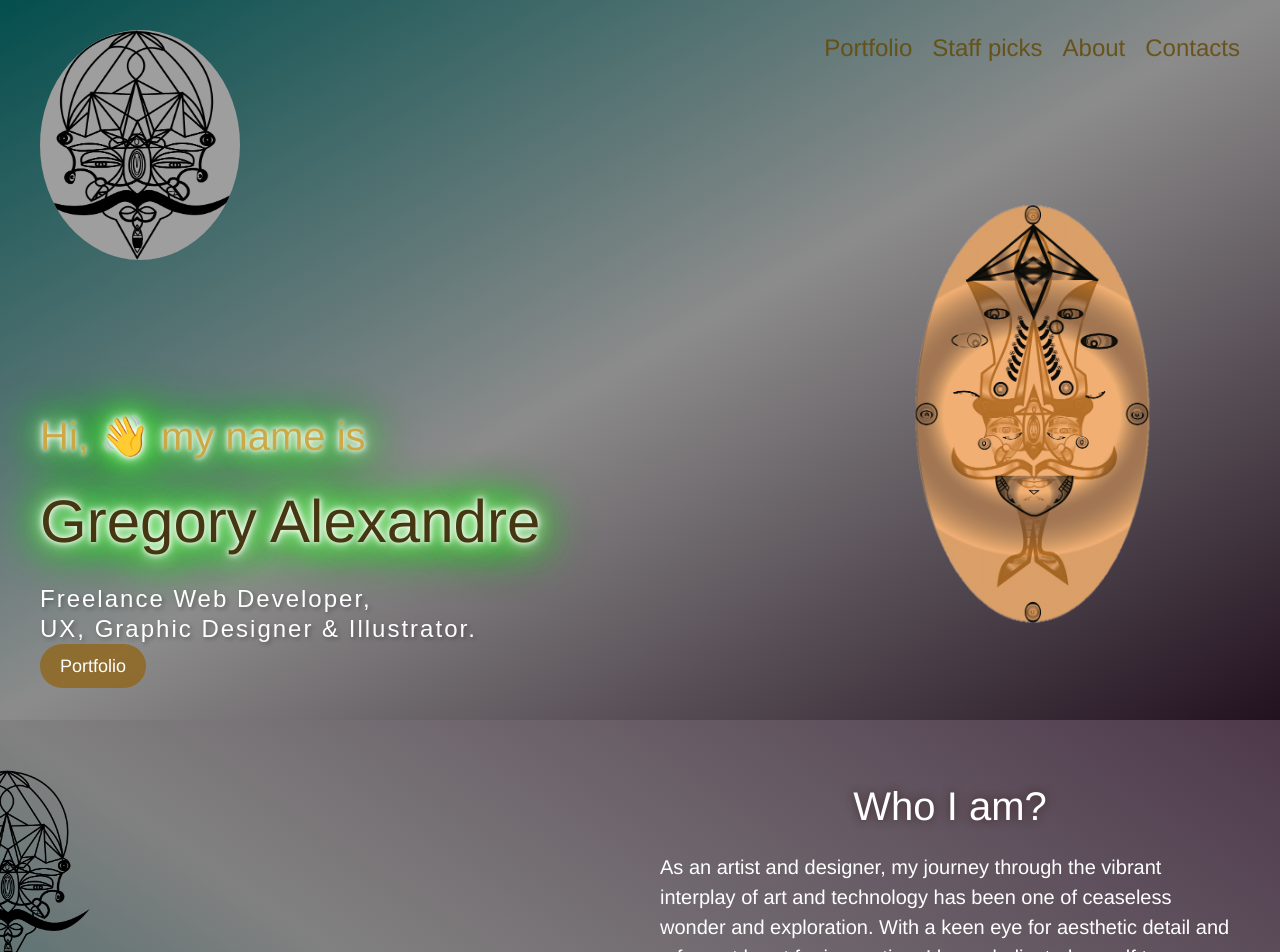
Repository: al-XLeMEsTRE/al-XLeMEsTRE
Page: index.html
The author's editor kept a copy of each file at every save. The page is drawn from the files as they stood at one save, then again after the next save.
The browser window is 1280 px wide. The pictures show the part of the page from y = 0 to 952 px (the page is 3252 px tall).
Pictures or frames that could not be fetched are drawn as grey boxes.

Above is the page before, as saved 2023-11-23 19:57:44.

After the next save:
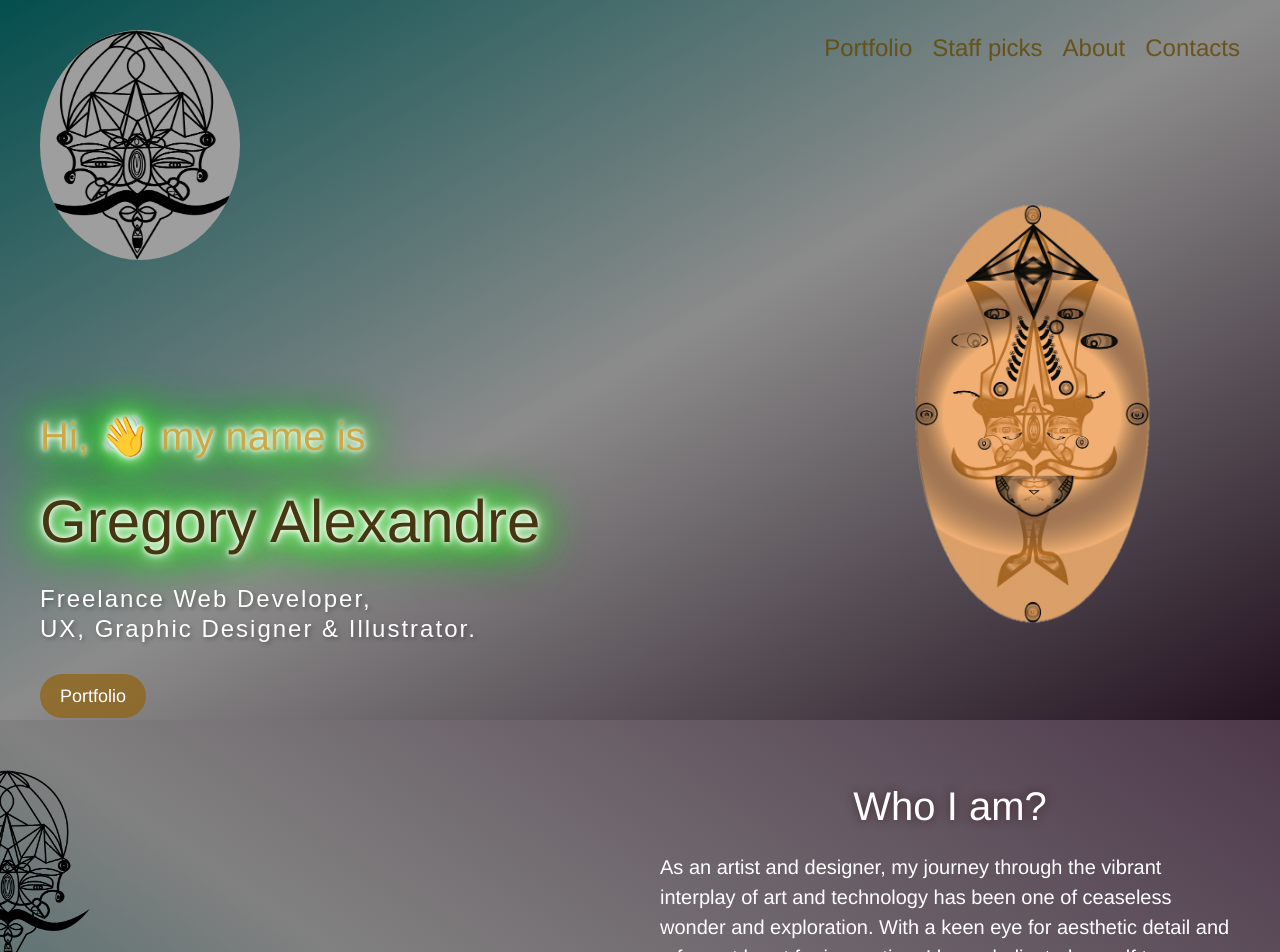
Saved 47 s later.
--- a/style/styles.css
+++ b/style/styles.css
@@ -135,7 +135,7 @@
   line-height: 30px;
   max-width: 700px;
   min-width: 300px; /* Add min-width property */
-  margin-bottom: 0px;
+  margin-bottom: 30px;
   font-family: "Arial", sans-serif; /* Add a fashionable font family */
   text-transform: none; /* Convert the text to uppercase */
   letter-spacing: 2px; /* Add letter spacing */
